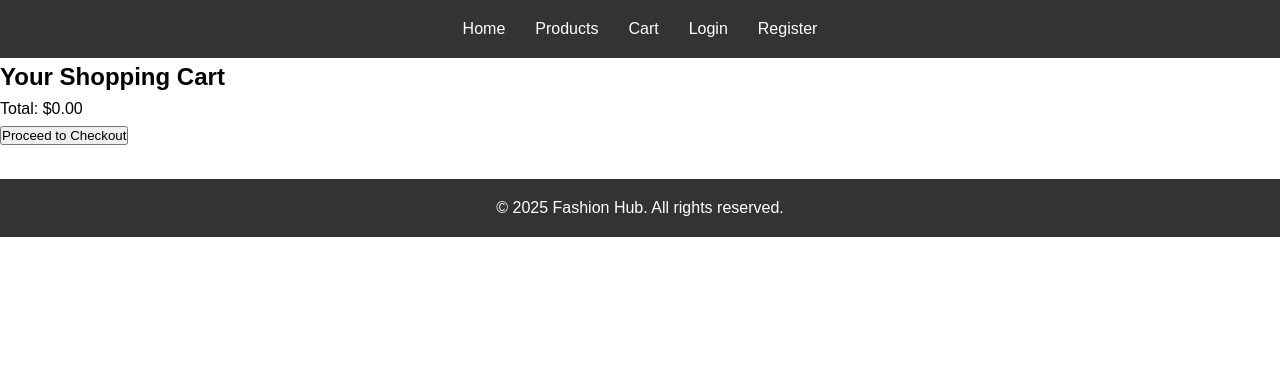
Repository: Patience225/ecommerce-app
Page: cart.html
These files come from the project's save history. The page is drawn as it stood at one moment and after a run of saves; the edit follows.
The browser window is 1280 px wide. The pictures show the whole page.

Above is the page before, as saved 2025-01-30 09:48:05.

After the next 2 saves:
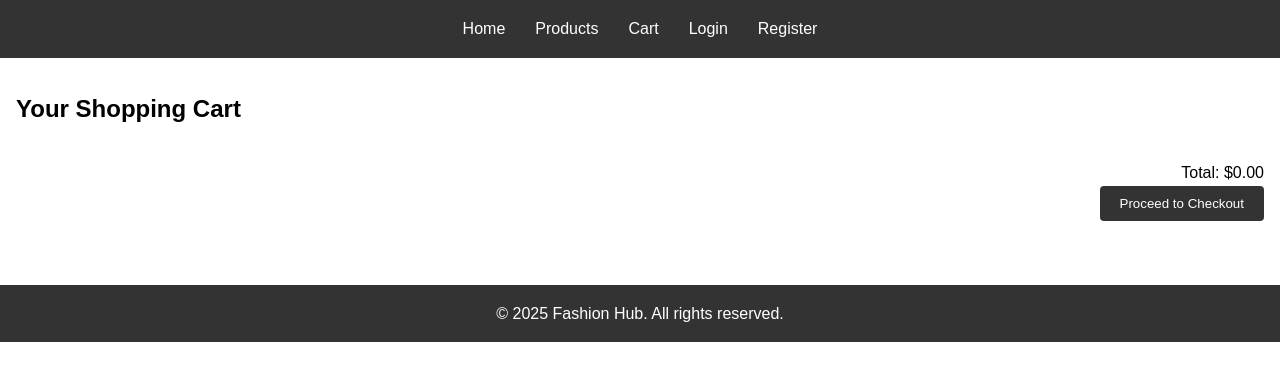
The 2 saves are shown as one change because they came seconds apart.
The last was saved 40 s later.
--- a/css/style.css
+++ b/css/style.css
@@ -55,3 +55,57 @@ footer {
   padding: 1em;
   margin-top: 2em;
 }
+
+.cart {
+  padding: 2em 1em;
+}
+
+.cart-items {
+  display: flex;
+  flex-direction: column;
+  gap: 1em;
+  margin-bottom: 2em;
+}
+
+.cart-item {
+  display: flex;
+  align-items: center;
+  gap: 1em;
+  border-bottom: 1px solid #ccc;
+  padding-bottom: 1em;
+}
+
+.cart-item img {
+  width: 100px;
+  border-radius: 8px;
+}
+
+.cart-item-details {
+  flex: 1;
+}
+
+.cart-item-title {
+  font-size: 1.2rem;
+  margin-bottom: 0.5em;
+}
+
+.cart-item-price {
+  color: #333;
+}
+
+.cart-summary {
+  text-align: right;
+}
+
+#checkout-btn {
+  padding: 0.75em 1.5em;
+  background-color: #333;
+  color: white;
+  border: none;
+  cursor: pointer;
+  border-radius: 4px;
+}
+
+#checkout-btn:hover {
+  background-color: #555;
+}
